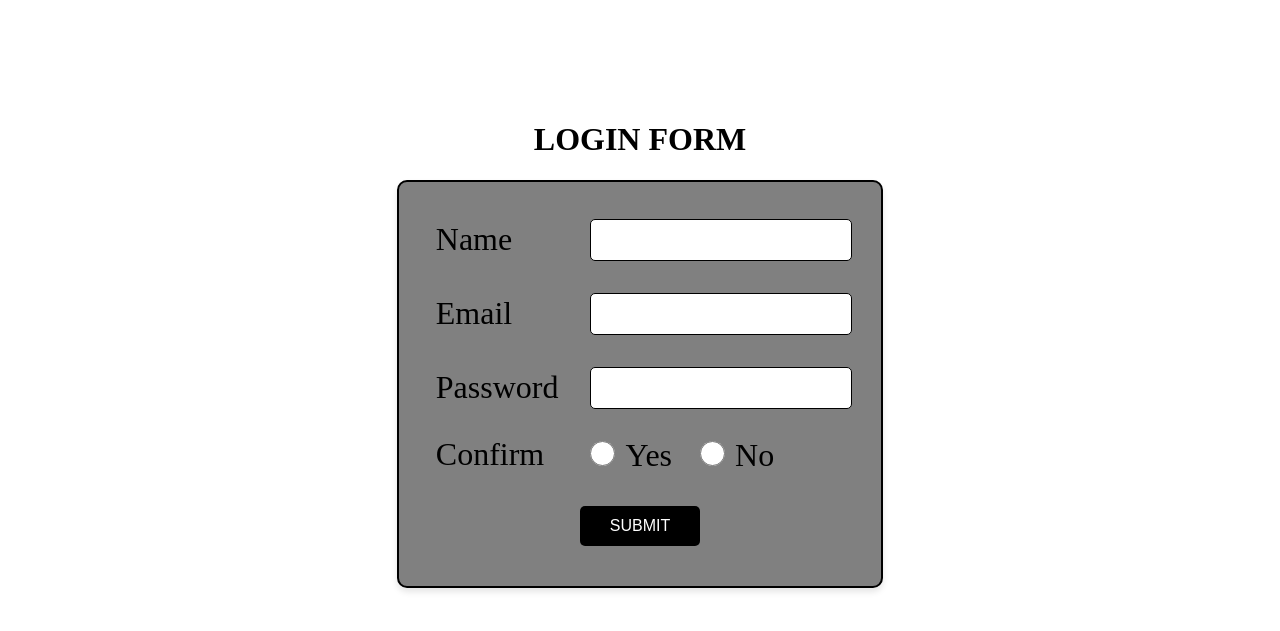
Repository: obusakthi539/Loginform
Page: Form.html
An editor plug-in stored every save of this project. The page is shown before and after the next save, followed by the edit.
The browser window is 1280 px wide. The pictures show the whole page.

Above is the page before, as saved 2025-01-11 14:26:02.

### Form.html
<!DOCTYPE html>
<html lang="en">
<head>
    <meta charset="UTF-8">
    <meta name="viewport" content="width=device-width, initial-scale=1.0">
    <title>Document</title>
    <style>
        body {
            display: flex;
            flex-direction: column;
            align-items: center;
            justify-content: center;
            margin-top: 100px;
        }
        .a {
            background-color: gray;
            font-size: xx-large;
            width: 35%;
            display: flex;
            flex-direction: column;
            padding: 20px;
            border: 2px solid black;
            border-radius: 10px;
            box-shadow: 0px 4px 6px rgba(0, 0, 0, 0.1);
        }
        .a input {
            width: 250px;
            height: 30px;
            margin: 5px 0;
            border: 1px solid black;
            border-radius: 5px;
            padding: 5px;
        }
        #i {
            width: 25px;
            height: 25px;
            margin-right: 10px;
        }
        button {
            display: block;
            margin: 20px auto;
            width: 120px;
            height: 40px;
            background-color: black;
            color: white;
            border: none;
            border-radius: 5px;
            cursor: pointer;
            font-size: medium;
        }
        button:hover {
            background-color: darkgray;
        }
        table {
            margin: 0 auto;
        }
        table td {
            padding: 10px 15px; /* Add padding for spacing */
        }
    </style>
</head>
<body>
    <h1>LOGIN FORM</h1>
    <div class="a">
        <form action="">
            <table>
                <tr>
                    <td><label for="">Name</label></td>
                    <td><input type="text"></td>
                </tr>
                <tr>
                    <td><label for="">Email</label></td>
                    <td><input type="email"></td>
                </tr>
                <tr>
                    <td><label for="">Password</label></td>
                    <td><input type="password"></td>
                </tr>
                <tr>
                    <td><label for="">Confirm</label></td>
                    <td>
                        <input type="radio" name="a" id="i">Yes
                        <input type="radio" name="a" id="i" style="margin-left: 20px;">No
                    </td>
                </tr>
            </table>
            <button type="submit">SUBMIT</button>
        </form>
    </div>
</body>
</html>

After the next save:
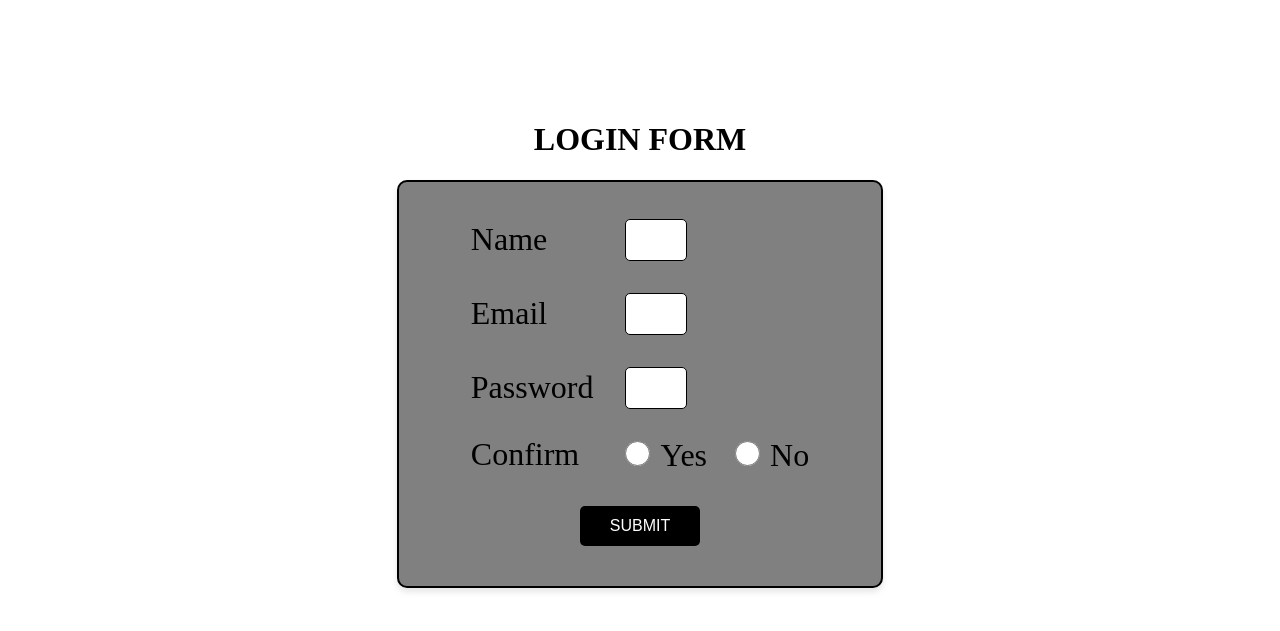
Saved 20 s later.
--- a/Form.html
+++ b/Form.html
@@ -24,7 +24,7 @@
             box-shadow: 0px 4px 6px rgba(0, 0, 0, 0.1);
         }
         .a input {
-            width: 250px;
+            width: 50px;
             height: 30px;
             margin: 5px 0;
             border: 1px solid black;

After the save that followed:
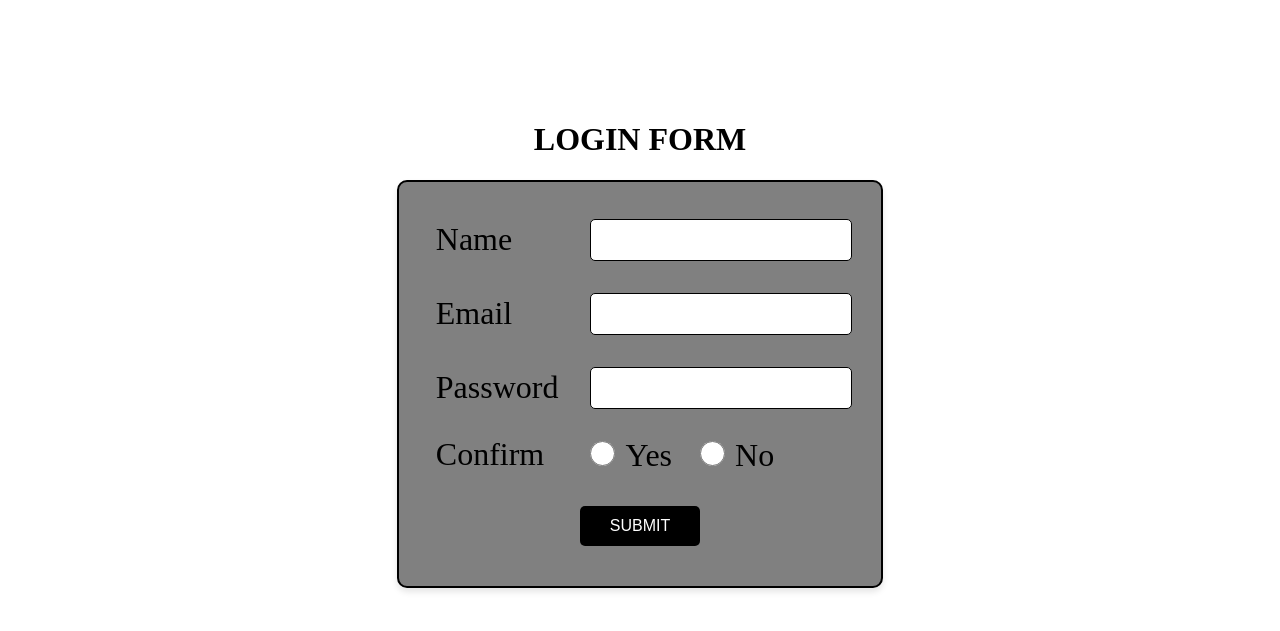
Saved 7 s later.
--- a/Form.html
+++ b/Form.html
@@ -24,7 +24,7 @@
             box-shadow: 0px 4px 6px rgba(0, 0, 0, 0.1);
         }
         .a input {
-            width: 50px;
+            width: 250px;
             height: 30px;
             margin: 5px 0;
             border: 1px solid black;
